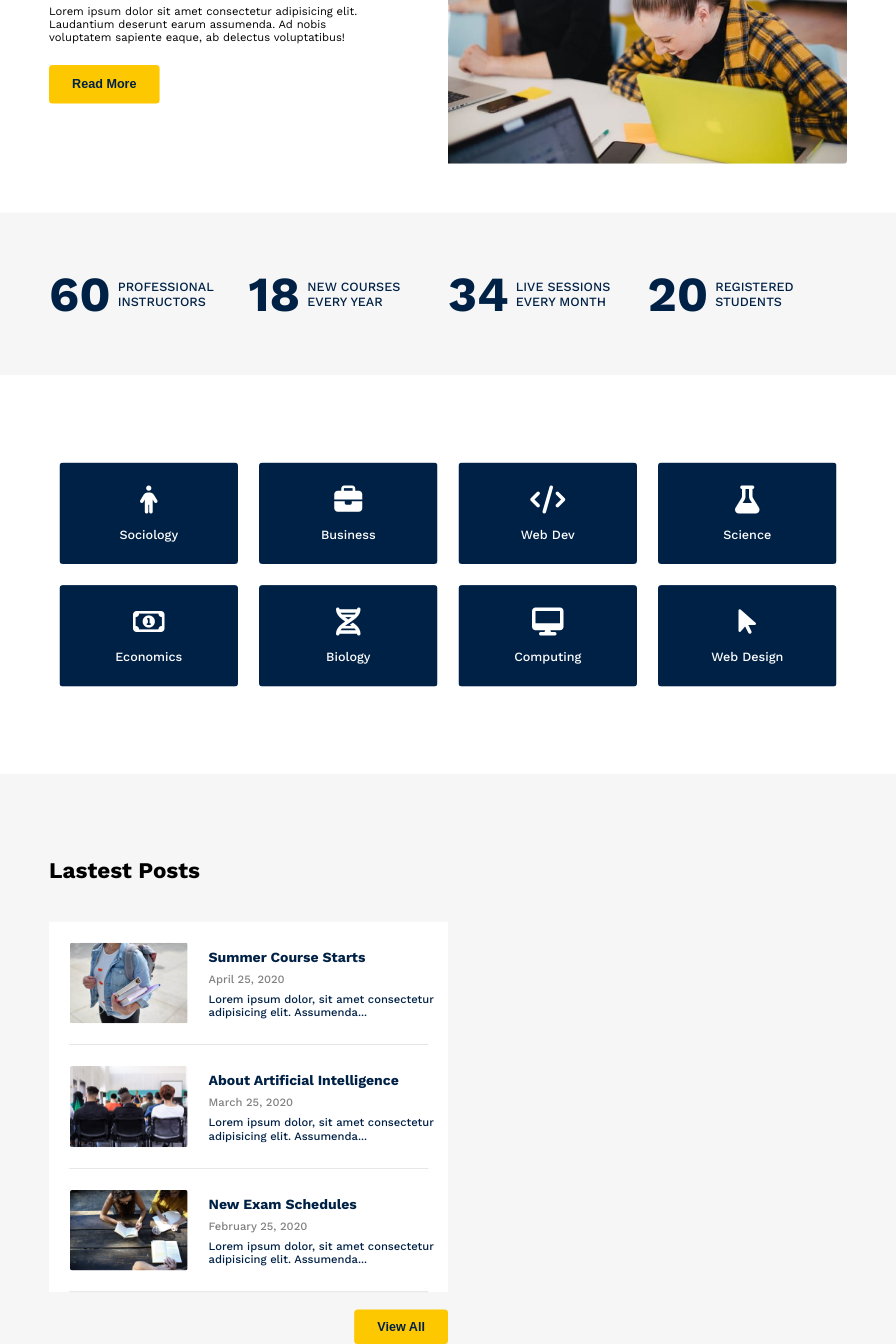
Repository: giahuy405/BC38__Mastery__Pham_Gia_Huy
Page: index.html
These files come from the project's save history. The page is drawn as it stood at one moment and after the next save; the edit follows.
The browser window is 1280 px wide. The pictures show the part of the page from y = 927 to 2847 px (the page is 2847 px tall), at 70% of full size.

Above is the page before, as saved 2022-09-10 13:36:48.

### index.html
<!DOCTYPE html>
<html lang="en">
<head>
    <meta charset="UTF-8">
    <meta http-equiv="X-UA-Compatible" content="IE=edge">
    <meta name="viewport" content="width=device-width, initial-scale=1.0">
    <title>Document</title>
    <link href="https://fonts.googleapis.com/css2?family=Montserrat:wght@300;400;500;700;900&family=Work+Sans:wght@300;400;500;700&display=swap" rel="stylesheet">
    <link rel="stylesheet" href="https://cdnjs.cloudflare.com/ajax/libs/font-awesome/6.2.0/css/all.min.css">
    <link rel="stylesheet" href="./css/index.css">
</head>
<body>
    <header>
        <div class="container">
            <i class="fa-solid fa-pen-to-square"></i>
            <div class="header__title">
                <h1>Mastery</h1>
            </div>
        </div>
    </header>
    <nav>
        <div class="container">
            <ul>
                <li><div class="wrapper"><span class="square individual"><a class="ninth before after"  href="#">Home</a></span></div></li>
                <li><div class="wrapper"><span class="square individual"><a class="ninth before after"  href="#">About</a></span></div></li>
                <li><div class="wrapper"><span class="square individual"><a class="ninth before after"  href="#">Services</a></span></div></li>
                <li><div class="wrapper"><span class="square individual"><a class="ninth before after"  href="#">Contact</a></span></div></li>
            </ul>
        </div>
    </nav>
    <div class="carousel">
        <img src="./img/carousel__website.png" alt="">
    </div>
    <div class="welcome container">
        <div class="welcome__content">
            <h1>Welcome To Our Campus</h1>
            <p>Lorem ipsum dolor sit amet consectetur adipisicing elit. Quasi est saepe possimus quisquam dolor ducimus blanditiis, eius fugit ab beatae reprehenderit, inventore earum rerum. Quis nostrum voluptatibus vel quisquam soluta.</p>

            <p>Lorem ipsum dolor sit amet consectetur adipisicing elit. Laudantium deserunt earum assumenda. Ad nobis voluptatem sapiente eaque, ab delectus voluptatibus!</p>
            <button>Read More</button>
        </div>
        <div class="welcome__img">
            <img src="./img/g1.jpg" alt="">
        </div>
        <div class="clear"></div>
    </div>
    <div class="information">
       <div class="container">
            <div class="information__content">
                <div class="information__title">
                    <h1>60</h1>
                </div>
                <div class="information__desc">
                    <p>PROFESSIONAL</p>
                    <p>INSTRUCTORS</p>
                </div>
                <div class="clear"></div>
            </div>
            <div class="information__content">
                <div class="information__title">
                    <h1>18</h1>
                </div>
                <div class="information__desc">
                    <p>NEW COURSES</p>
                    <p>EVERY YEAR</p>
                </div>
                <div class="clear"></div>
            </div>
            <div class="information__content">
                <div class="information__title">
                    <h1>34</h1>
                </div>
                <div class="information__desc">
                    <p>LIVE SESSIONS</p>
                    <p>EVERY MONTH</p>
                </div>
                <div class="clear"></div>
            </div>
            <div class="information__content">
                <div class="information__title">
                    <h1>20</h1>
                </div>
                <div class="information__desc">
                    <p>REGISTERED</p>
                    <p>STUDENTS</p>
                </div>
                <div class="clear"></div>
            </div>
            <div class="clear"></div>
       </div>
    </div>
    <div class="cards">
        <div class="container">
            <div class="cards-top">
                <div class="card">
                    <a href="#">
                        <div class="card__item">
                            <i class="fa-solid fa-person"></i>
                            <p>Sociology</p>
                        </div>
                    </a>
                </div>
                <div class="card">
                    <a href="#">
                        <div class="card__item">
                            <i class="fa-solid fa-briefcase"></i>
                            <p>Business</p>
                        </div>
                    </a>
                </div>
                <div class="card">
                   <a href="#">
                        <div class="card__item">
                            <i class="fa-solid fa-code"></i>
                            <p>Web Dev</p>
                        </div>
                   </a>
                </div>
                <div class="card">
                   <a href="#">
                        <div class="card__item">
                            <i class="fa-solid fa-flask"></i>
                            <p>Science</p>
                        </div>
                   </a>
                </div>
                <div class="clear"></div>
            </div>
            <div class="card-bottom">
                <div class="card">
                    <a href="#">
                        <div class="card__item">
                            <i class="fa-regular fa-money-bill-1"></i>
                            <p>Economics</p>
                        </div>
                    </a>
                </div>
                <div class="card">
                   <a href="#">
                        <div class="card__item">
                            <i class="fa-solid fa-dna"></i>
                            <p>Biology</p>
                        </div>
                   </a>
                </div>
                <div class="card">
                    <a  href="#">
                        <div class="card__item">
                            <i class="fa-solid fa-desktop"></i>
                            <p>Computing</p>
                        </div>
                    </a>
                </div>
                <div class="card">
                    <a href="#">
                        <div class="card__item">
                            <i class="fa-solid fa-arrow-pointer"></i>
                            <p>Web Design</p>
                        </div>
                    </a>
                </div>
                <div class="clear"></div>
            </div>
        </div>
    </div>
    <div class="news">
        <div class="container">
            <div class="news__lastest-post">
                <h1>Lastest Posts</h1>
                <div class="lastest-post__items">
                    <div class="lastest-post__item">
                        <a href="#">
                            <img src="./img/g9.jpg" alt="">
                            <div class="lastest-post__desc">
                                <h2 >Summer Course Starts</h2>
                                <p class="lastest-post__time">April 25, 2020</p>
                                <p>Lorem ipsum dolor, sit amet consectetur adipisicing elit. Assumenda...</p>
                            </div>
                            <div class="clear"></div>
                        </a>
                        <hr noshade >
                    </div>
                    <div class="lastest-post__item">
                        <a href="#">
                            <img src="./img/g10.jpg" alt="">
                            <div class="lastest-post__desc">
                                <h2>About Artificial Intelligence</h2>
                                <p class="lastest-post__time">March 25, 2020</p>
                                <p>Lorem ipsum dolor, sit amet consectetur adipisicing elit. Assumenda...</p>
                            </div>
                            <div class="clear"></div>
                        </a>
                        <hr noshade >
                    </div>

                    <div class="lastest-post__item">
                        <a href="#">
                            <img src="./img/g8.jpg" alt="">
                            <div class="lastest-post__desc">
                                <h2>New  Exam Schedules</h2>
                                <p class="lastest-post__time">February 25, 2020</p>
                                <p>Lorem ipsum dolor, sit amet consectetur adipisicing elit. Assumenda...</p>
                            </div>
                            <div class="clear"></div>
                        </a>
                        <hr noshade >
                    </div>

                </div>
                <button class="news__button">View All</button>
                <div class="clear"></div>
            </div>
            <div class="news__upcoming__events">

            </div>
            <div class="clear"></div>
        </div>
    </div>

</body>
</html>

### css/index.css
*{
    padding: 0;
    margin: 0;
    box-sizing: border-box;
}
.clear{
    clear: both;
}
html{
    font-size: 16px;
    font-family: 'Work Sans', sans-serif;
}
.container{
    width: 1140px;
    margin: 0 auto;
}
header{
    position: relative;
    margin-top: 15px;
}
.header__title{
    display: inline-block;
     position: absolute;
     top: -4px;
    left: 160px;
}
.header__title h1{
    font-size: 35px;
    color: #1b1d2d;
}
header i{
    background-color: #002146;
    height: 36px;
    width: 36px;
    border-radius: 50%;
    color: #fdc800;
    text-align: center;
    padding-top: 9px;

}
nav ul{
    list-style: none;
    margin-top: 15px;
    margin-left: 18px;

}
nav li{
    display: inline;
    margin-right: 30px;
}

 /*  Hover for Navigation bar */
.wrapper{
    margin:2em 0;
    display: inline;
    font-size: 7px;
}
 a, a:visited, a:hover, a:active{
    -webkit-backface-visibility:hidden;
            backface-visibility:hidden;
      position:relative;
    transition:0.5s color ease;
      text-decoration:none;
      color:#002146;
      font-size:2px;
      font-weight: 500;
}
 a:hover{
    color:#fdc800;
}
 a.before:before, a.after:after{
content: "";
transition:0.5s all ease;
-webkit-backface-visibility:hidden;
        backface-visibility:hidden;
position:absolute;
}
 a.before:before{
top:-0.25em;
}
 a.after:after{
bottom:-0.25em;
}
 a.before:before, a.after:after{
height:5px;
height:0.2rem;
width:0;
background:#fdc800;
}
 a.first:after{
left:0;
}
 a.second:after{
right:0;
}
 a.third:after, a.sixth:before, a.sixth:after{
left:50%;
-webkit-transform:translateX(-50%);
        transform:translateX(-50%);
}
a.fourth:before, a.fourth:after{
left:0;
}
 a.fifth:before, a.fifth:after{
right:0;
}
 a.seventh:before{
right:0;
}
 a.seventh:after{
left:0;
}
 a.eigth:before{
left:0;
}
 a.eigth:after{
right:0;
}
a.before:hover:before, a.after:hover:after{
width:100%;
}
.square{
box-sizing:border-box;
margin-left:-0.4em;
position:relative;
font-size:2.5em;
overflow:hidden;
}
.square a{
position:static;
font-size:100%;
padding:0.2em 0.4em;
}
.square:before,.square:after{
content: "";
box-sizing:border-box;
transition:0.25s all ease;
-webkit-backface-visibility:hidden;
        backface-visibility:hidden;
position:absolute;
width: 5px;
width:0.2rem;
height:0;
background:#fdc800;
}
.square:before{
left:0;
bottom:-0.2em;
}
.square.individual:before{
transition-delay:0.6s;
}
.square:after{
right:0;
top:-0.2em;
}
.square.individual:after{
transition-delay:0.2s;
}
.square a:before{
left:0;
transition:0.25s all ease;
}
.square a:after{
right:0;
transition:0.25s all ease;
}
.square.individual a:after{
transition:0.25s all ease 0.4s;
}
.square:hover:before,.square:hover:after{
height:calc(100% + 0.4em);
}
.square:hover  a:before,.square:hover a:after{
width:100%;
}


/* CAROUSEL / SLIDER */
.carousel{
    width: 100%;
    margin-top: 20px;
}
.carousel img{
max-width: 100%;
height: 597px;
}


/* create WELCOME */
.welcome{
    margin-top: 62px;
    margin-bottom: 66px;
}
.welcome__content h1{
    margin-bottom: 20px;
    color: #1b1d2d;
}
.welcome__content{
    padding-right: 80px;
}
.welcome__content p{
    margin-bottom: 30px;
}
.welcome__content button{
    padding: 17px 33px;
    font-size: 18px;
    font-weight:700;
    color: #002146;
    background-color: #fdc800;
    border: none;
    border-radius: 5px;
    cursor: pointer;
    transition: all 0.2s;
}
.welcome__content button:hover,.news__button:hover{
    background-color: #002146;
    color: #fdc800;
    box-shadow: 5px 5px 5px black;
}
.welcome__content,.welcome__img{
    width: 50%;
    float: left;
}
.welcome__img img{
    width: 100%;
    border-top-right-radius: 5px;
    border-bottom-right-radius: 5px;
}


/* create INFORMATION  */
.information{
    background-color: #f6f6f6;
    padding: 75px 0;
    margin-bottom: 110px;
}
.information__content{
    float: left;
    width: 25%;
}
.information__content h1{
    display: inline-block;
    font-size: 70px;
    color: #002146;

}
.information__title,.information__desc{
    float: left;
}
.information__desc p:first-child{
    margin-top:20px;
}
.information__desc p{
    margin-left: 10px;
    font-size: 18px;
    color: #002146;
    font-weight: 500;
}


/* create CARDS */
.cards{
    margin-bottom: 110px;
}
.card{
    float: left;
    width: 25%;
    text-align: center;
    padding: 15px;
}
.card__item{
    background-color: #002146;
    padding: 32px 50px;
    border-radius: 5px;
}
.card__item i{
    color: white;
    font-size: 40px;
}
.card__item p{
    color: white;
    font-size: 18px;
    margin-top: 20px;
}
.card a{
    cursor: pointer;
    transition: all 0.2s;
}
.card a:hover{
    opacity: 0.7;
}
.card:hover{
    box-shadow: 1px 1px 10px  black;
    border-radius: 5px;
}


/* NEWS */
.news{
    padding-top: 118px;
    background-color: #f6f6f6;
}
.news h1:first-child{
    margin-bottom: 55px;
}
.news__lastest-post,.news__upcoming__events{
    float: left;
    width: 50%;
}
.lastest-post__item{
    background-color: white;
}
.lastest-post__item img{
    width: 158px;
    border: 30px solid transparent;
    border-radius: 33px;
}
.lastest-post__item a img{
    float: left;
    width: 40%;
}
.lastest-post__desc{
    float: left;
    width: 60%;
    padding-top: 38px;
}
.lastest-post__item hr{
    width:90%;
    margin: 0 auto;
    background-color: rgb(218, 218, 218);
    height: 1px;
    border: none;
}
.lastest-post__item a{
    font-size: 20px;
    color: #002146;
}
.lastest-post__item a .lastest-post__desc  h2{
    font-size: 20px;
}
.lastest-post__item a .lastest-post__desc p{
    font-size: 16px;
}
 .lastest-post__time{
    font-size: 16px;
    color: gray;
    margin: 10px 0;
}
.lastest-post__item:hover{
    box-shadow: 0px 0px 10px black;
    margin-bottom: 5px;
    margin-top: 5px;
    transition: all 0.35s;
}
.news__button{
    float: right;
    padding: 14px 33px;
    font-size: 18px;
    font-weight:700;
    color: #002146;
    background-color: #fdc800;
    border: none;
    border-radius: 5px;
    cursor: pointer;
    transition: all 0.2s;
    margin-top: 25px;
}

After the next save:
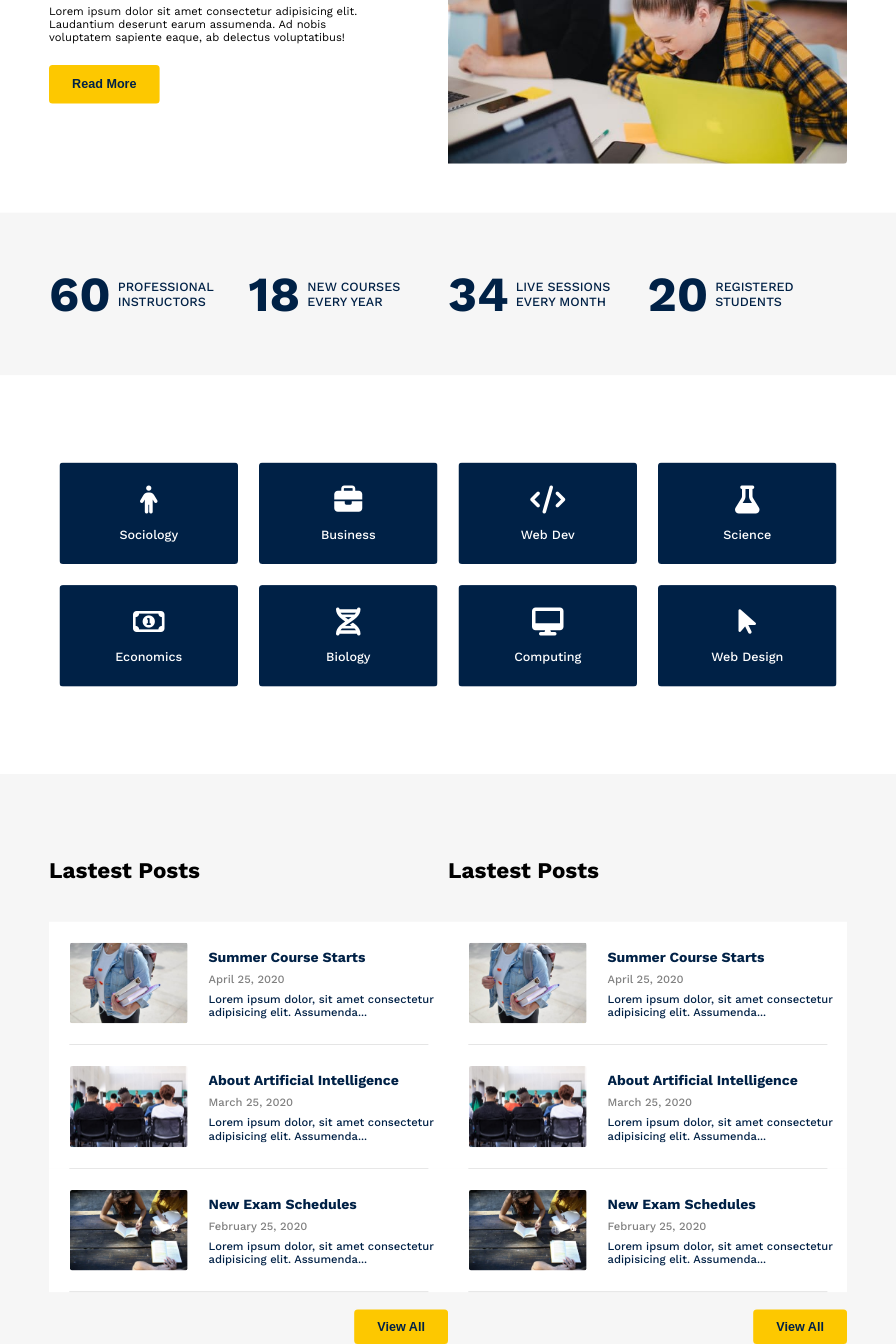
Saved 38 s later.
--- a/index.html
+++ b/index.html
@@ -211,7 +211,49 @@
                 <div class="clear"></div>
             </div>
             <div class="news__upcoming__events">
-
+                <h1>Lastest Posts</h1>
+                <div class="lastest-post__items">
+                    <div class="lastest-post__item">
+                        <a href="#">
+                            <img src="./img/g9.jpg" alt="">
+                            <div class="lastest-post__desc">
+                                <h2 >Summer Course Starts</h2>
+                                <p class="lastest-post__time">April 25, 2020</p>
+                                <p>Lorem ipsum dolor, sit amet consectetur adipisicing elit. Assumenda...</p>
+                            </div>
+                            <div class="clear"></div>
+                        </a>
+                        <hr noshade >
+                    </div>
+                    <div class="lastest-post__item">
+                        <a href="#">
+                            <img src="./img/g10.jpg" alt="">
+                            <div class="lastest-post__desc">
+                                <h2>About Artificial Intelligence</h2>
+                                <p class="lastest-post__time">March 25, 2020</p>
+                                <p>Lorem ipsum dolor, sit amet consectetur adipisicing elit. Assumenda...</p>
+                            </div>
+                            <div class="clear"></div>
+                        </a>
+                        <hr noshade >
+                    </div>
+
+                    <div class="lastest-post__item">
+                        <a href="#">
+                            <img src="./img/g8.jpg" alt="">
+                            <div class="lastest-post__desc">
+                                <h2>New  Exam Schedules</h2>
+                                <p class="lastest-post__time">February 25, 2020</p>
+                                <p>Lorem ipsum dolor, sit amet consectetur adipisicing elit. Assumenda...</p>
+                            </div>
+                            <div class="clear"></div>
+                        </a>
+                        <hr noshade >
+                    </div>
+
+                </div>
+                <button class="news__button">View All</button>
+                <div class="clear"></div>
             </div>
             <div class="clear"></div>
         </div>
